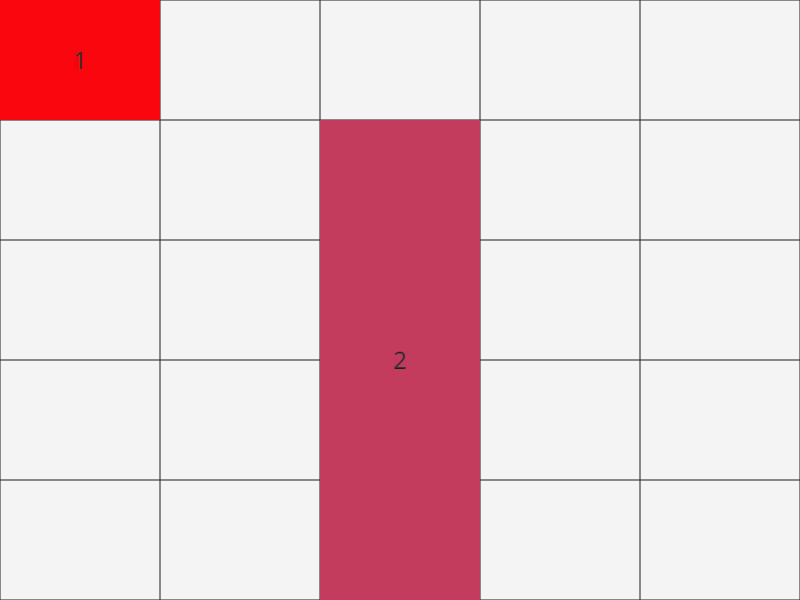
Repository: AlanVidalll/Curso-Java-Completo
Program's window: java exercicios-javafx/src/layout/AppLayout.java
The author's editor kept a copy of each file at every save. The program's window is drawn from the files as they stood at one save, then again after the next save.
It runs on Java 21 on a 1366 x 768 screen with JavaFX 11; the title bar is not drawn.

Above is the program's window before, as saved 2020-04-11 13:54:03.

### exercicios-javafx/src/layout/AppLayout.java
package layout;

import javafx.application.Application;
import javafx.scene.Parent;
import javafx.scene.Scene;
import javafx.stage.Stage;

public class AppLayout extends Application {

	@Override
	public void start(Stage primaryStage) throws Exception {
		Parent raiz = null;

		raiz = new TesteAnchorPane();
		raiz = new TesteBorderPane();
		raiz = new TesteFlowPane();
		raiz = new TesteGridPane();

		//Scene principal = new Scene(new TesteAnchorPane(),800,600);
		Scene principal = new Scene(raiz,800,600);

		primaryStage.setScene(principal);
		primaryStage.setTitle("Gerenciadores de Layout");
		primaryStage.show();
	}

	public static void main(String[] args) {
		launch(args);
	}

}

### exercicios-javafx/src/layout/TesteGridPane.java
package layout;

import javafx.scene.layout.ColumnConstraints;
import javafx.scene.layout.GridPane;
import javafx.scene.layout.RowConstraints;

public class TesteGridPane extends GridPane {


	public  TesteGridPane() {


		Caixa c1 = new Caixa().comTexto("1");
		Caixa c2 = new Caixa().comTexto("2");
		Caixa c3 = new Caixa().comTexto("3");
		Caixa c4 = new Caixa().comTexto("4");
		Caixa c5 = new Caixa().comTexto("5");
		Caixa c6 = new Caixa().comTexto("6");

		setGridLinesVisible(true);

		getColumnConstraints().addAll(cc(),cc(),cc(),cc(),cc());
		getRowConstraints().addAll(rc(),rc(),rc(),rc(),rc());

		add(c1, 0, 0);
		add(c2, 2, 1,1,4);
	}

	private ColumnConstraints cc() {

		ColumnConstraints cc = new ColumnConstraints();
		cc.setPercentWidth(20);
		cc.setFillWidth(true);
		return cc;

	}

	private RowConstraints rc() {
	RowConstraints rc = new RowConstraints();
	rc.setPercentHeight(20);
	rc.setFillHeight(true);
	return rc;


	}
}

### exercicios-javafx/src/layout/TesteAnchorPane.java
package layout;

import javafx.geometry.Pos;
import javafx.scene.layout.AnchorPane;
import javafx.scene.layout.HBox;

public class TesteAnchorPane extends AnchorPane {

	public TesteAnchorPane() {

		Quadrado q1 = new Quadrado();
		setTopAnchor(q1, 10.0);
		setLeftAnchor(q1, 10.0);

		Quadrado q2 = new Quadrado();
		setTopAnchor(q2, 10.0);
		setRightAnchor(q2, 10.0);

		Quadrado q3 = new Quadrado();
		setBottomAnchor(q3, 10.0);
		setLeftAnchor(q3, 10.0);

		Quadrado q4 = new Quadrado();
		setBottomAnchor(q4, 10.0);
		setRightAnchor(q4, 10.0);


		HBox centro = new HBox();
		centro.setAlignment(Pos.CENTER);
		setTopAnchor(centro, 110.0);
		setBottomAnchor(centro, 110.0);
		setLeftAnchor(centro, 110.0);
		setRightAnchor(centro, 110.0);

		Quadrado q5 = new Quadrado();
		centro.getChildren().add(q5);

		getChildren().addAll(q1,q2,q3,q4,centro);
	}


}

### exercicios-javafx/src/layout/Quadrado.java
package layout;

import javafx.scene.paint.Color;
import javafx.scene.shape.Rectangle;

public class Quadrado extends Rectangle {

	private static int i = 0;

	private String[] cores = {
			"c33c5e", "39aac6",
			"28d79a", "fb750e",
			"6657a8", "f9060e"

	};

	public Quadrado() {
		this(100, 100);
	}

	public Quadrado(int largura, int altura) {

		setWidth(largura);
		setHeight(altura);

		setFill(Color.web(cores[i]));
		;
		i++;
		if (i == 6)
			i = 0;
	}

}

### exercicios-javafx/src/layout/TesteBorderPane.java
package layout;

import javafx.scene.layout.BorderPane;

public class TesteBorderPane extends BorderPane {

	public TesteBorderPane () {


		Caixa c1 = new Caixa().comTexto("Topo");
		setTop(c1);
		Caixa c2 = new Caixa().comTexto("Esquerda");
		setLeft(c2);
		Caixa c3 = new Caixa().comTexto("Direita");
		setRight(c3);
		Caixa c4 = new Caixa().comTexto("Fundo");
		setBottom(c4);
		Caixa c5 = new Caixa().comTexto("Centro");
		setCenter(c5);
	}
}

### exercicios-javafx/src/layout/Caixa.java
package layout;

import javafx.geometry.Insets;
import javafx.geometry.Pos;
import javafx.scene.control.Label;
import javafx.scene.layout.Background;
import javafx.scene.layout.BackgroundFill;
import javafx.scene.layout.CornerRadii;
import javafx.scene.layout.HBox;
import javafx.scene.paint.Color;
import javafx.scene.text.Font;

public class Caixa extends HBox {

	private static int i = 0;

	private String[] cores = { "c33c5e", "39aac6", "28d79a", "fb750e", "6657a8", "f9060e"

	};

	public Caixa() {
		this(100, 100);
	}

	public Caixa(int largura, int altura) {
		setAlignment(Pos.CENTER);
		setMinWidth(largura);
		setMinHeight(altura);

		BackgroundFill fill =
				new BackgroundFill(Color.web(cores[i]),
						CornerRadii.EMPTY, Insets.EMPTY);
		setBackground(new Background(fill));
		i++;
		if(i == 6) i= 0;
	}

	public Caixa comTexto(String texto) {
		Label label = new Label(texto);
		label.setFont(new Font(24));
		getChildren().add(label);
		return this;
	}

}

### exercicios-javafx/src/layout/TesteFlowPane.java
package layout;

import javafx.geometry.Insets;
import javafx.geometry.Orientation;
import javafx.geometry.Pos;
import javafx.scene.layout.FlowPane;

public class TesteFlowPane extends FlowPane {


	public TesteFlowPane() {

		Quadrado q1 = new Quadrado();
		Quadrado q2 = new Quadrado();
		Quadrado q3 = new Quadrado();
		Quadrado q4 = new Quadrado();
		Quadrado q5 = new Quadrado();

		setHgap(10.0);
		setVgap(10.0);
		setPadding(new Insets(10));

		setOrientation(Orientation.VERTICAL);
		setAlignment(Pos.CENTER_RIGHT);

		getChildren().addAll(q1,q2,q3,q4,q5);



	}

}

After the next save:
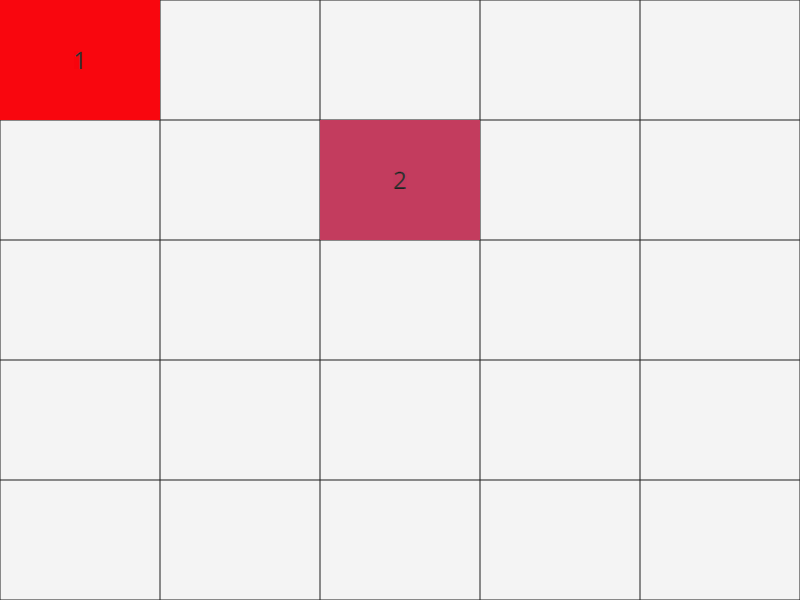
Saved 13 s later.
--- a/exercicios-javafx/src/layout/TesteGridPane.java
+++ b/exercicios-javafx/src/layout/TesteGridPane.java
@@ -23,7 +23,7 @@
 		getRowConstraints().addAll(rc(),rc(),rc(),rc(),rc());
 
 		add(c1, 0, 0);
-		add(c2, 2, 1,1,4);
+		add(c2, 2, 1,1,1);
 	}
 
 	private ColumnConstraints cc() {
